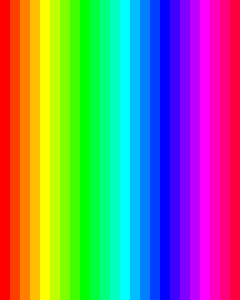
Repository: GitUserG1729/mapf
Script's output: python mapf_visualizer-py/color.py
The author's editor kept a copy of each file at every save. The script's output is drawn from the files as they stood at one save, then again after the next save.
The window is shown after at most 60 frames with no key pressed. Random numbers start from a fixed seed.

Above is the script's output before, as saved 2021-07-19 16:08:57.

### mapf_visualizer-py/color.py
import pygame
import math


def k_contrast_color(k_color, RGB_list, HSV_list):
  # hue       : 0-360, min_step: 5(72)
  # saturation: 0.4-0.8, min_step: 0.1(5)
  # intensive : 0.5-1.0, min_step: 0.1(6)
  # max_color = 72*6*6 = 2592

  H_min_step = 15
  H_max_num = 360 // H_min_step
  S_min_step = 0.1
  S_max_num = math.floor(0.4 / S_min_step) + 1
  I_min_step = 0.1
  I_max_num = math.floor(0.9 / I_min_step) + 1

  H = 360
  S = 1
  I = 1

  if k_color <= H_max_num*S_max_num*I_max_num:
    if k_color <= H_max_num*S_max_num:
      if k_color <= H_max_num:
        S = 1
        I = 1
        H_step = 360 // k_color
        for i in range(k_color):
          Hi = i
          tmp_H = Hi * H_step
          RGB_list.append(HSI2RGB(tmp_H, S, I))
          HSV_list.append([tmp_H, S, I])
      else:
        I = 1
        H_step = H_min_step
        S_num = math.ceil(k_color / H_max_num)
        S_step = 0.5 / (S_num-1)
        for i in range(k_color):
          Hi = i % H_max_num
          tmp_H = Hi * H_step
          Si = math.floor(i / H_max_num)
          tmp_S = 0.8 - Si * S_step
          RGB_list.append(HSI2RGB(tmp_H, tmp_S, I))
          HSV_list.append([tmp_H, tmp_S, I])

    else:
        S_step = 0.1
        H_step = H_min_step
        I_num = math.ceil(k_color / (H_max_num*S_max_num))
        I_step = 0.5 / (I_num-1)
        for i in range(k_color):
          Hi = i % H_max_num
          tmp_H = Hi * H_step
          Si = (i//H_max_num) % S_max_num
          tmp_S = 0.8 - Si * S_step
          Ii = math.floor(i / (H_max_num*S_max_num))
          tmp_I = 1.0 - Ii * I_step
          RGB_list.append(HSI2RGB(tmp_H, tmp_S, tmp_I))
          HSV_list.append([tmp_H, S, I])

  else : # >2592
    print("[ERROR]: NUM OF COLOR IS TOO LARGE.")

  return RGB_list, HSV_list


def HSI2RGB(H, S ,I):
  # print('H:', H, ', S:', S, ', I:', I)
  R = 0
  G = 0
  B = 0
  if S < 1e-6:
    R = I
    G = I
    B = I
  else:
    if H >= 0 and H < 120:
      B = I * (1 - S)
      R = I * (1 + (S * math.cos(H*math.pi/180)) / math.cos((60 - H)*math.pi/180))
      G = 3 * I - (R + B)
    elif H >= 120 and H < 240:
      H = H - 120
      R = I * (1 - S)
      G = I * (1 + (S * math.cos(H*math.pi/180)) / math.cos((60 - H)*math.pi/180))
      B = 3 * I - (R + G)
    elif H >= 240 and H < 360:
      H = H - 240
      G = I * (1 - S)
      B = I * (1 + (S * math.cos(H*math.pi/180)) / math.cos((60 - H)*math.pi/180))
      R = 3 * I - (G + B)
    else:
      print("[ERROR]: H not in [0, 360)")
      return
  # print('R:', R, ', G:', G, ', B:', B)


  return [round(R*255), round(G*255), round(B*255)]


if __name__ == '__main__':
  grid_len = 24
  grid_wid = 30
  grid_size = 10
  win_len = grid_len*grid_size
  win_wid = grid_wid*grid_size

  pygame.init()
  screen = pygame.display.set_mode((win_len, win_wid))
  pygame.display.set_caption('k contrast color')

  grids = [pygame.Surface((grid_size, grid_size),
                          pygame.SRCALPHA).convert_alpha() \
                          for _ in range(grid_len*grid_wid)]
  map_back = pygame.surface.Surface((win_len, win_wid),
                                    pygame.SRCALPHA, 32)
  map_back = map_back.convert_alpha()

  rgb_colors = []
  hsv_colors = []
  k_contrast_color(grid_len*grid_wid, rgb_colors, hsv_colors)
  # print('color len:', len(rgb_colors))
  # print(rgb_colors)
  map_back.fill((0,0,0))
  while 1:
    for i in range(grid_len):
      for j in range(grid_wid):
        color = pygame.Color(0,0,0,0)
        rgb_color = (rgb_colors[j*grid_len+i][0],
                      rgb_colors[j*grid_len+i][1],
                      rgb_colors[j*grid_len+i][2],
                      255)
        hsv_color = (hsv_colors[j*grid_len+i][0],
                      hsv_colors[j*grid_len+i][1]*100,
                      hsv_colors[j*grid_len+i][2]*100,
                      100)
        color.hsva = hsv_color
        # print(color)
        grids[j*grid_len+i].fill(color)
        map_back.blit(grids[j*grid_len+i],
                            ((i)*grid_size,
                              (j)*grid_size))
    screen.blit(map_back, (0,0))
    pygame.display.update()
    for event in pygame.event.get():
      if event.type == pygame.QUIT:
        pygame.quit()

After the next save:
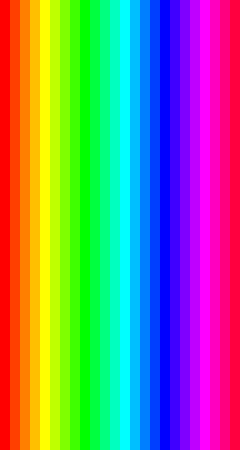
Saved 10 s later.
--- a/mapf_visualizer-py/color.py
+++ b/mapf_visualizer-py/color.py
@@ -99,7 +99,7 @@ def HSI2RGB(H, S ,I):
 
 if __name__ == '__main__':
   grid_len = 24
-  grid_wid = 30
+  grid_wid = 45
   grid_size = 10
   win_len = grid_len*grid_size
   win_wid = grid_wid*grid_size
